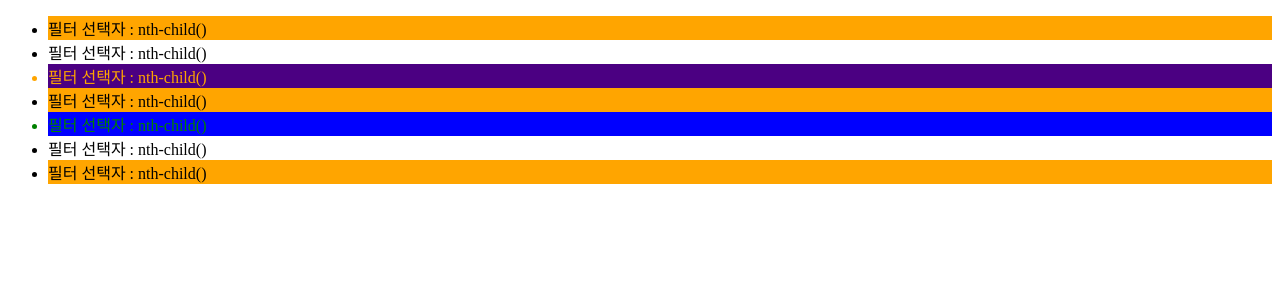
Repository: KangSuA/JSP
Page: webApp/src/main/webapp/jquery/jq05_select.html
An editor plug-in stored every save of this project. The page is shown before and after the next save, followed by the edit.
The browser window is 1280 px wide. The pictures show the whole page.

Above is the page before, as saved 2023-02-14 06:29:27.

After the next save:
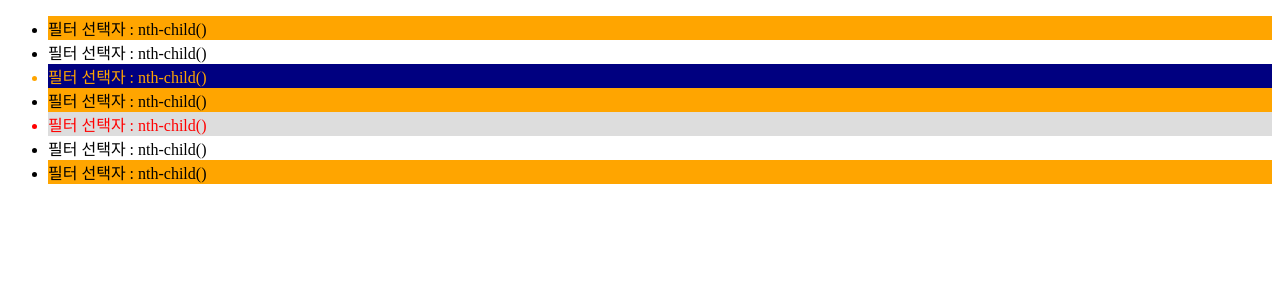
Saved 26 s later.
--- a/webApp/src/main/webapp/jquery/jq05_select.html
+++ b/webApp/src/main/webapp/jquery/jq05_select.html
@@ -6,8 +6,8 @@
 <script src="https://cdnjs.cloudflare.com/ajax/libs/jquery/3.6.3/jquery.min.js" ></script>
 <style>
 	.c1{color:white; background:black;}
-	.c2{color:orange; background:indigo;}
-	.c3{color:green; background:blue;}
+	.c2{color:orange; background:navy;}
+	.c3{color:red; background:#ddd;}
 </style>
 <script>
 	$(function(){
